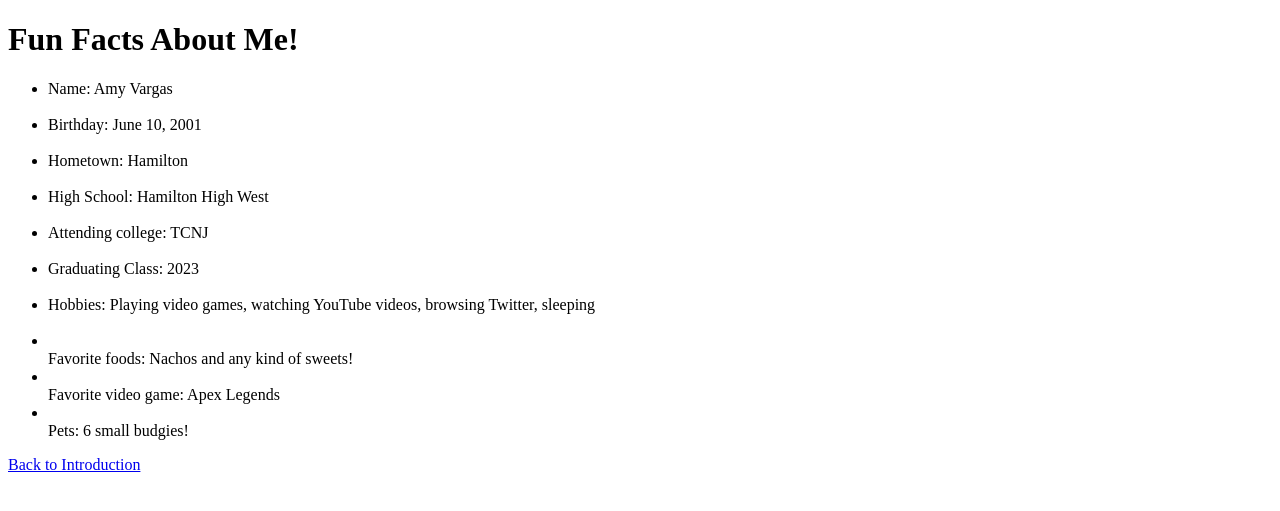
Repository: A-Vargas-GP/imm_my_website
Page: personal_site/personal/personal_facts.html
The author's editor kept a record of every edit. The page is drawn from the files as they stood at one moment, then again after the next edit.
The browser window is 1280 px wide. The pictures show the whole page.

Above is the page before.

### personal_site/personal/personal_facts.html
<!DOCTYPE html>
<html>
    <head> <meta charset = "utf-8">
        <title> All about Me! </title>
    </head>

    <body>
        <h1> Fun Facts About Me! </h1>

            <ul>
                <li> Name: Amy Vargas </li>
                </br>
                <li> Birthday: June 10, 2001 </li>
                </br>
                <li> Hometown: Hamilton </li>
                </br>
                <li> High School: Hamilton High West </li>
                </br>
                <li> Attending college: TCNJ </li>
                </br>
                <li> Graduating Class: 2023 </li>
                </br>
                <li> Hobbies: Playing video games, watching YouTube videos, browsing Twitter, sleeping </li>
                </br>
                <li> </li>Favorite foods: Nachos and any kind of sweets!
                </br>
                <li> </li>Favorite video game: Apex Legends
                </br>
                <li> </li>Pets: 6 small budgies!
            </ul>

        <a href = "../introduction.html"> Back to Introduction </a>
    </body>
</html>

After the next edit:
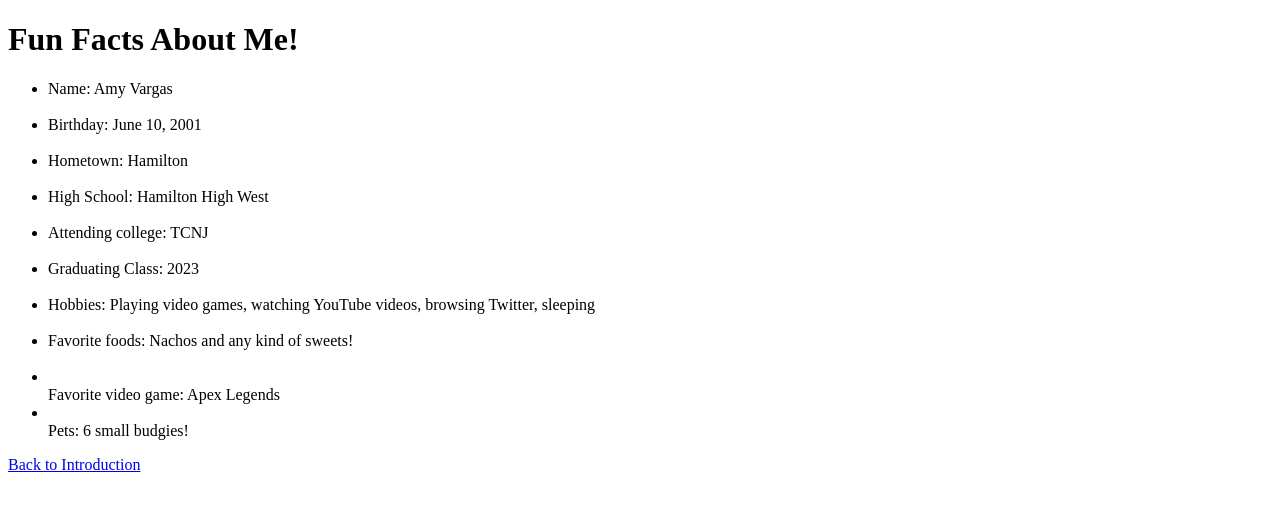
The edit:
--- a/personal_site/personal/personal_facts.html
+++ b/personal_site/personal/personal_facts.html
@@ -22,7 +22,7 @@
                 </br>
                 <li> Hobbies: Playing video games, watching YouTube videos, browsing Twitter, sleeping </li>
                 </br>
-                <li> </li>Favorite foods: Nachos and any kind of sweets!
+                <li> Favorite foods: Nachos and any kind of sweets! </li>
                 </br>
                 <li> </li>Favorite video game: Apex Legends
                 </br>
